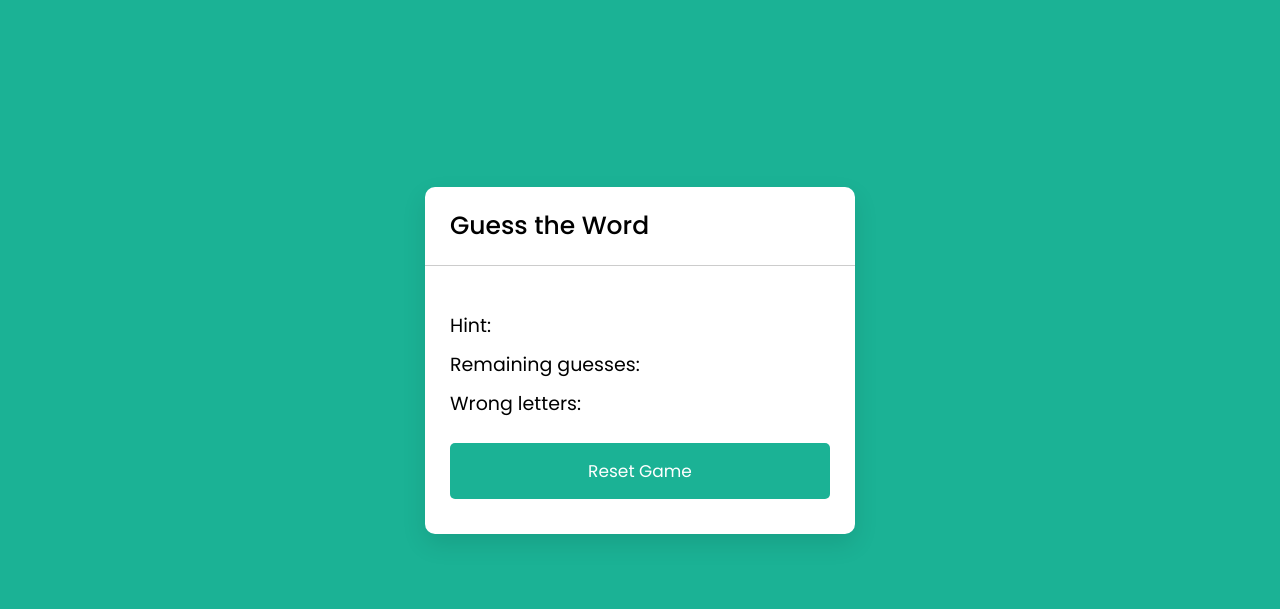
Repository: sumitkumargarssa/Word-Guessing-Game
Page: index.html
The author's editor kept a copy of each file at every save. The page is drawn from the files as they stood at one save, then again after the next save.
The browser window is 1280 px wide. The pictures show the whole page.

Above is the page before, as saved 2024-03-13 22:57:59.

After the next save:
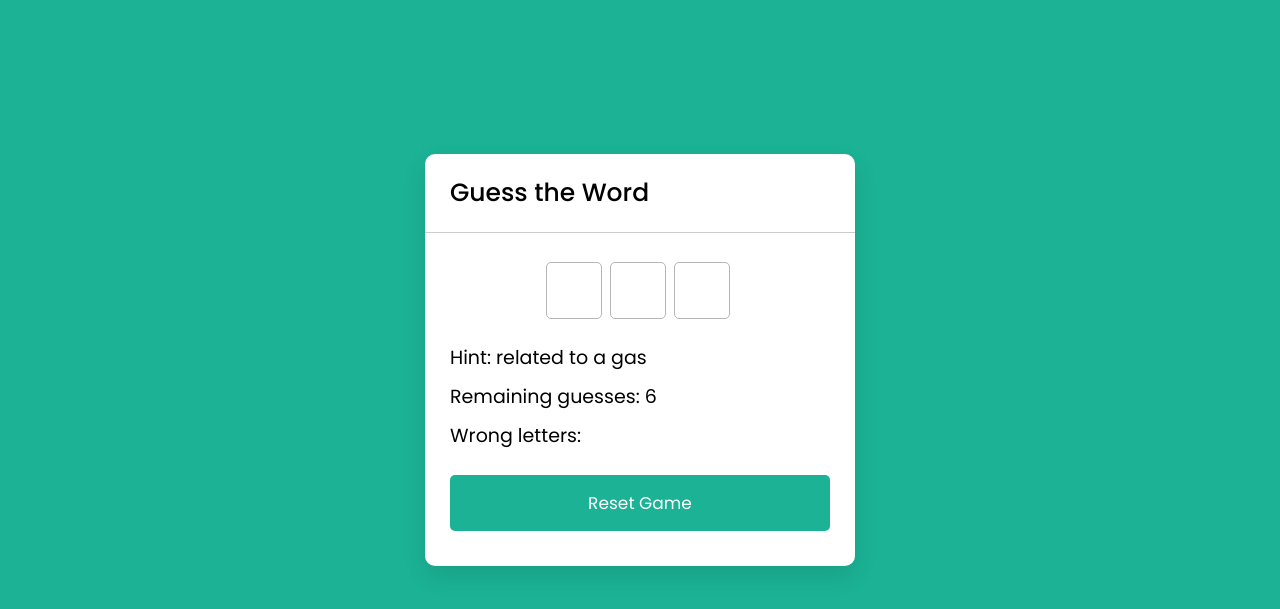
Saved 5 s later.
--- a/index.html
+++ b/index.html
@@ -22,8 +22,8 @@
       </div>
     </div>
 
-    <!-- <script src="js/words.js"></script>
-    <script src="js/script.js"></script> -->
+    <script src="js/words.js"></script>
+    <script src="js/script.js"></script>
 
   </body>
 </html>
